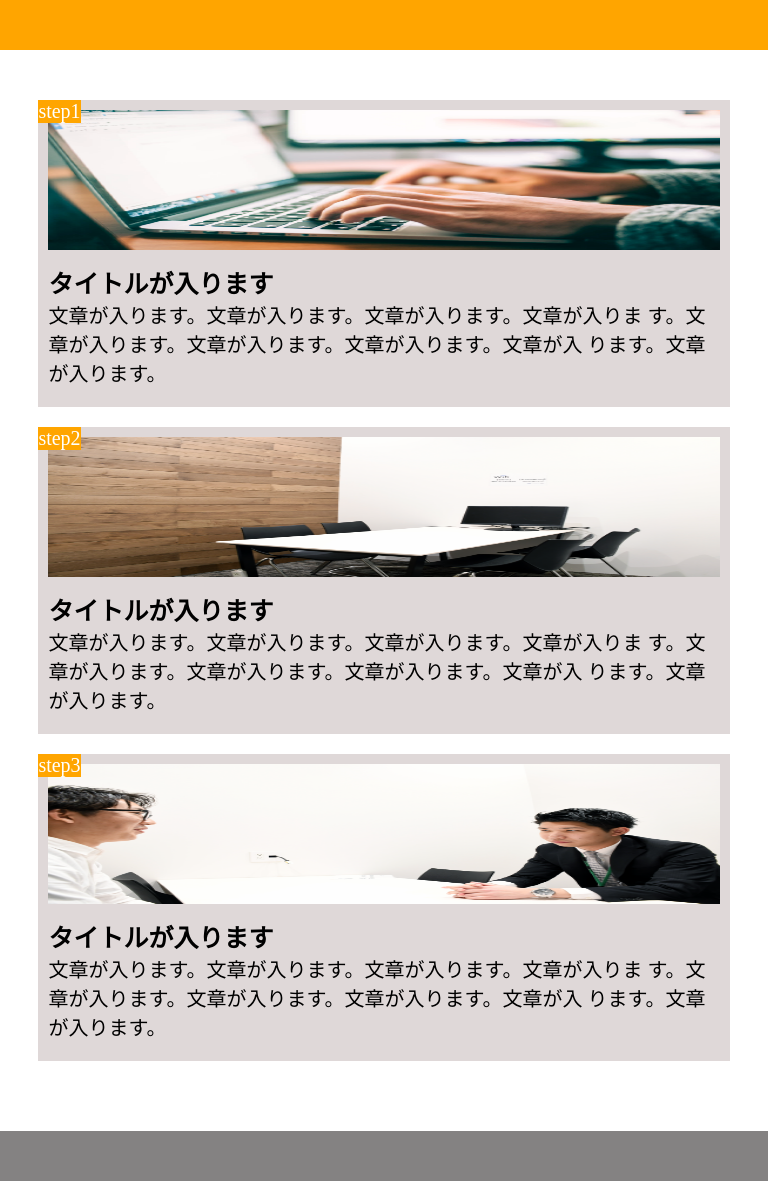
Repository: ishidaryu/ishidaryu
Page: HW/HW.html
The author's editor kept a record of every edit. The page is drawn from the files as they stood at one moment, then again after the next edit.
The browser window is 768 px wide. The pictures show the whole page.

Above is the page before.

After the next edit:
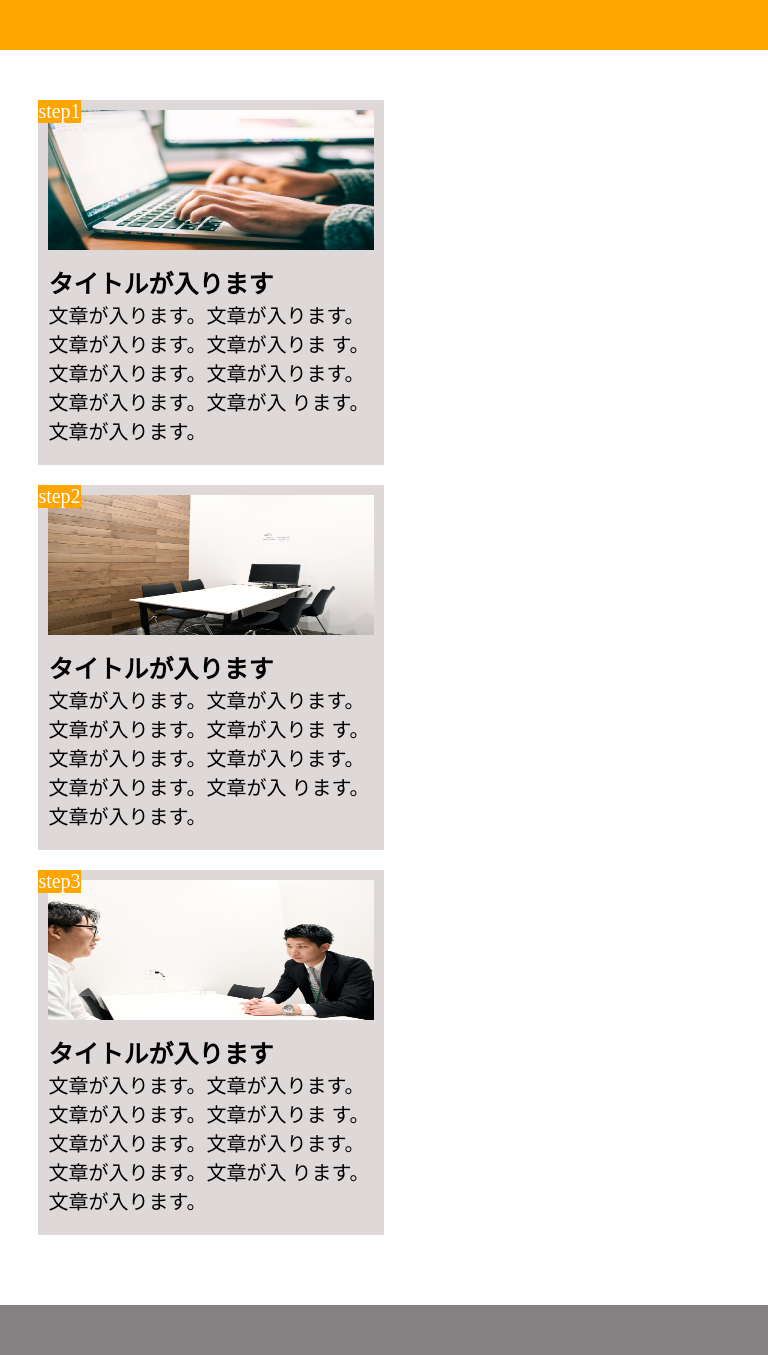
The edit:
--- a/HW/HW.css
+++ b/HW/HW.css
@@ -118,7 +118,8 @@
 
 
   @media screen and (max-width: 769px) {
-
+    .blog-item {
+    width: 50%;
   }
 
   @media screen and (max-width: 768px) {
